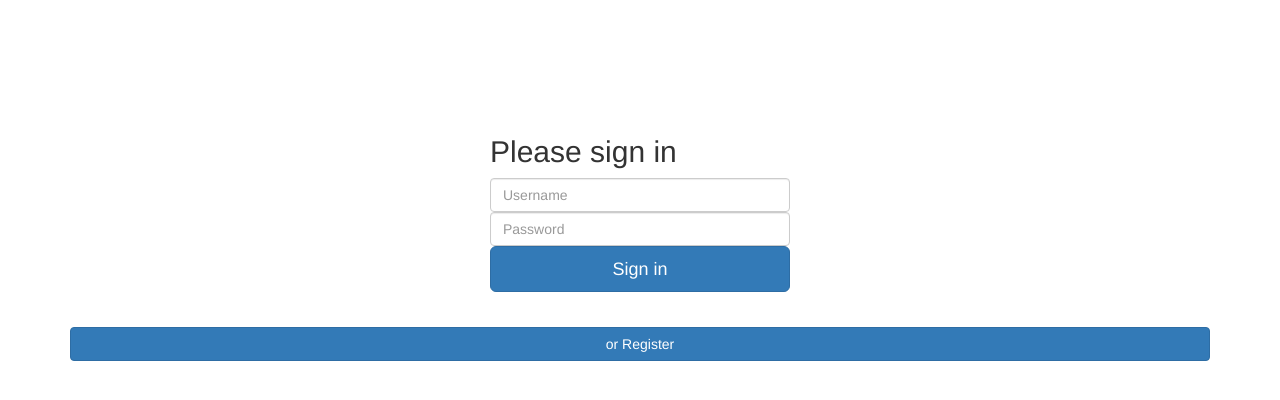
Repository: aaikinsm/FDM-Programs
Page: http://localhost/SoloProject/createExam.jsp
An editor plug-in stored every save of this project. The page is shown before and after the next save, followed by the edit.
The browser window is 1280 px wide. The pictures show the whole page.
Some web libraries are served in a nearby version. The page is served by Tomcat 9. Other server files are loaded and not shown.

Above is the page before, as saved 2017-06-01 19:06:14.

### SoloProject/WebContent/login.jsp
<%@ page language="java" contentType="text/html; charset=ISO-8859-1"
	pageEncoding="ISO-8859-1"%>
<!DOCTYPE html PUBLIC "-//W3C//DTD HTML 4.01 Transitional//EN" "http://www.w3.org/TR/html4/loose.dtd">
<html>
<head>
<meta http-equiv="Content-Type" content="text/html; charset=ISO-8859-1">
<title>Login</title>

<!-- Latest compiled and minified CSS -->
<link rel="stylesheet"
	href="https://maxcdn.bootstrapcdn.com/bootstrap/3.3.7/css/bootstrap.min.css"
	integrity="sha384-BVYiiSIFeK1dGmJRAkycuHAHRg32OmUcww7on3RYdg4Va+PmSTsz/K68vbdEjh4u"
	crossorigin="anonymous">
<link rel="stylesheet" href="css/style.css">
<script
	src="https://ajax.googleapis.com/ajax/libs/jquery/3.2.1/jquery.min.js"></script>
<script type="text/javascript">
	$(document).ready(function() {
		$("#registerContainer").hide()
		$("#b1").click(function() {
			$("#eMsg").text("")
			$("#loginContainer").fadeOut()
			$("#registerContainer").fadeIn()
		})
	})
</script>
</head>
<body>

	<div id="loginRegisterContainer" >
		<div class="container" id="loginContainer" >

			<form class="form-signin" action="login" method="post" >
				<h2 class="form-signin-heading">Please sign in</h2>
				<h4 class="error">${errorMsg}</h4>
				<label for="username" class="sr-only">Username</label> <input
					type="text" id="username" name="username" class="form-control"
					placeholder="Username" required> <label for="inputPassword"
					class="sr-only">Password</label> <input type="password"
					id="inputPassword" name="password" class="form-control"
					placeholder="Password" required>
				<button class="btn btn-lg btn-primary btn-block" type="submit">Sign
					in</button>
			</form>
			<br />
			<button id="b1" class="btn btn-primary btn-block">or
				Register</button>

		</div>

		<div class="container" id="registerContainer">

			<form class="form-signin" action="register" method="post">
				<h2 class="form-signin-heading">Enter Your Information Below</h2>
				<h4 class="error" id="eMsg" >${errorMsg}</h4>
				<label for="username" class="sr-only">Username</label> <input
					type="text" id="username" name="username" class="form-control"
					placeholder="Username" required> <label for="inputPassword"
					class="sr-only">Password</label> <input type="password"
					id="inputPassword" name="password" class="form-control"
					placeholder="Password" required> <input type="text"
					id="firstname" name="firstname" class="form-control"
					placeholder="First name" required> <label
					for="inputPassword" class="sr-only">First Name</label> <input
					type="text" id="lastname" name="lastname" class="form-control"
					placeholder="Last name" required> <label
					for="inputPassword" class="sr-only">Last Name</label>
				<button class="btn btn-lg btn-primary btn-block" type="submit">Register</button>
			</form>

		</div>
	</div>
</body>
</html>

### SoloProject/WebContent/css/style.css
th {
	background-color: #DDF;
}

h1 {
	text-align: center;
}

th, td {
	padding: 15px;
}

tr:hover {
	background-color: #f5f5f5
}



#headerText {
	color: white;
	font-size: 3em;
	padding: 10px;
}

#navbar {
	padding: 10px;
}
body {
    padding-top: 100px;
}

.error{
	color:red;
}

.form-signin {
    max-width: 330px;
    padding: 15px;
    margin: 0 auto;
}

After the next save:
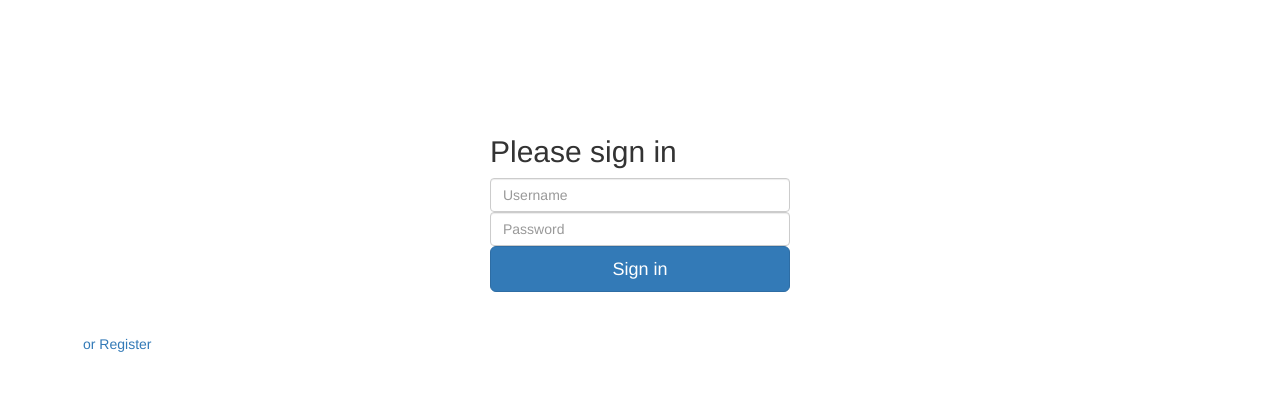
Saved 3 min 58 s later.
--- a/SoloProject/WebContent/login.jsp
+++ b/SoloProject/WebContent/login.jsp
@@ -43,7 +43,7 @@
 					in</button>
 			</form>
 			<br />
-			<button id="b1" class="btn btn-primary btn-block">or
+			<button id="b1" class="btn btn-primary btn-link">or
 				Register</button>
 
 		</div>
